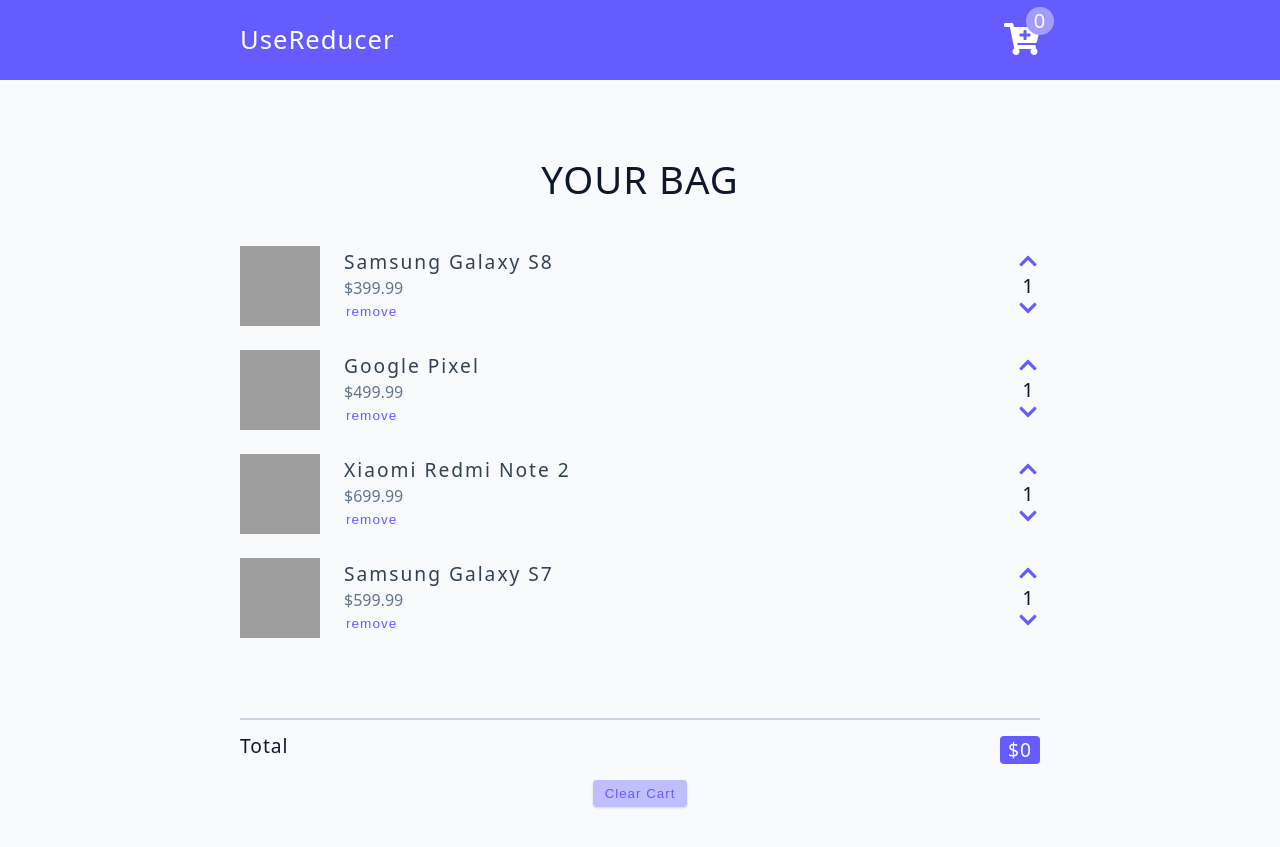
Repository: dydals3440/React-Projects
Page: / (app in 04-fundamental-projects/14-cart/starter/)
These files come from the project's save history. The page is drawn as it stood at one moment and after the next save; the edit follows.
The browser window is 1280 px wide. The pictures show the whole page.
Pictures or frames that could not be fetched are drawn as grey boxes. The project was rebuilt for these pictures with package versions that can differ from the ones it lists, and the page was loaded fresh each time. Also part of the build but not shown: 04-fundamental-projects/14-cart/starter/vite.config.js.

Above is the page before, as saved 2023-09-12 13:28:30.

### 04-fundamental-projects/14-cart/starter/src/main.jsx
import React from 'react';
import ReactDOM from 'react-dom/client';
import App from './App';
import './index.css';
import { AppProvider } from './store/context';
ReactDOM.createRoot(document.getElementById('root')).render(
  <React.StrictMode>
    <AppProvider>
      <App />
    </AppProvider>
  </React.StrictMode>
);

### 04-fundamental-projects/14-cart/starter/src/store/context.jsx
import { useContext, useReducer, useEffect, createContext } from 'react';
import reducer from './reducer';
import cartItems from '../data';
import {
  CLEAR_CART,
  REMOVE,
  INCREASE,
  DECREASE,
  LOADING,
  DISPLAY_ITEMS,
} from './actions';
import { getTotals } from '../utils/utils';

const AppContext = createContext();

// // 1. reducer 파일에 로직 분리
// const reducer = (state, action) => {
//   return state;
// };

// 2.
const initialState = {
  loading: false,
  cart: new Map(cartItems.map((item) => [item.id, item])),
};

export const AppProvider = ({ children }) => {
  // 초기상태 뿐만 아니라, reducer를 사용해서 상태를 변경할 수 있음.
  const [state, dispatch] = useReducer(reducer, initialState);
  // totalAmount 갖고옴
  const { totalAmount, totalCost } = getTotals(state.cart);

  const clearCart = () => {
    dispatch({ type: CLEAR_CART });
  };

  const remove = (id) => {
    dispatch({ type: REMOVE, payload: { id } });
  };

  const increase = (id) => {
    dispatch({ type: INCREASE, payload: { id } });
  };

  const decrease = (id) => {
    dispatch({ type: DECREASE, payload: { id } });
  };

  return (
    <AppContext.Provider
      value={{
        ...state,
        clearCart,
        remove,
        increase,
        decrease,
        totalAmount,
        totalCost,
      }}
    >
      {children}
    </AppContext.Provider>
  );
};

export const useGlobalContext = () => {
  return useContext(AppContext);
};

### 04-fundamental-projects/14-cart/starter/src/Navbar.jsx
import { FaCartPlus } from 'react-icons/fa';
import { useGlobalContext } from './store/context';
const Navbar = () => {
  const { totalAmount } = useGlobalContext();
  return (
    <nav>
      <div className='nav-center'>
        <h4>useReducer</h4>
        <div className='nav-container'>
          <FaCartPlus className='cart-icon' />
          <div className='amount-container'>
            <p className='total-amount'>{totalAmount}</p>
          </div>
        </div>
      </div>
    </nav>
  );
};

export default Navbar;

### 04-fundamental-projects/14-cart/starter/src/CartContainer.jsx
import CartItem from './CartItem';
import cartItems from './data';
import { useGlobalContext } from './store/context';

const CartContainer = () => {
  const { cart, clearCart, totalCost } = useGlobalContext();

  // const cartArray = [...cartItems];
  const cartArray = Array.from(cart.entries());
  if (cartArray.length === 0) {
    return (
      <section className='cart'>
        {/* cart header */}
        <header>
          <h2>your bag</h2>
          <h4 className='empty-cart'>is currently empty</h4>
        </header>
      </section>
    );
  }
  return (
    <section className='cart'>
      {/* cart header */}
      <header>
        <h2>your bag</h2>
      </header>
      {/* cart items */}
      <div>
        {cartArray.map((cartItem) => {
          const [id, item] = cartItem;
          return <CartItem key={id} {...item} />;
        })}
      </div>
      {/* cart footer */}
      <footer>
        <hr />
        <div>
          <h5 className='cart-total'>
            total <span>${totalCost}</span>
          </h5>
        </div>
        <button className='btn btn-hipster' onClick={clearCart}>
          clear cart
        </button>
      </footer>
    </section>
  );
};

export default CartContainer;

### 04-fundamental-projects/14-cart/starter/src/store/reducer.js
import {
  CLEAR_CART,
  REMOVE,
  INCREASE,
  DECREASE,
  LOADING,
  DISPLAY_ITEMS,
} from './actions';

const reducer = (state, action) => {
  if (action.type === CLEAR_CART) {
    return { ...state, cart: new Map() };
  }
  if (action.type === REMOVE) {
    // Mutate 때문에 새 인스턴스를 만듬. 이전 카트를 참조하지 않음 이제
    const newCart = new Map(state.cart);
    newCart.delete(action.payload.id);
    // ...state는 기존값을 복사하고 덮어씀
    return { ...state, cart: newCart };
  }
  if (action.type === INCREASE) {
    // Mutate 방지 새 객체 만듬
    const newCart = new Map(state.cart);
    const itemId = action.payload.id;
    const item = newCart.get(itemId);
    const newItem = { ...item, amount: item.amount + 1 };
    // set은 key와 value만 넣어주면됨.
    newCart.set(itemId, newItem);
    return { ...state, cart: newCart };
  }
  if (action.type === DECREASE) {
    const newCart = new Map(state.cart);
    const itemId = action.payload.id;
    const item = newCart.get(itemId);
    if (item.amount === 1) {
      newCart.delete(itemId);
      return { ...state, cart: newCart };
    }
    const newItem = { ...item, amount: item.amount - 1 };
    newCart.set(itemId, newItem);
    return { ...state, cart: newCart };
  }

  throw new Error(`no matching action type : ${action.type}`);
};

export default reducer;

### 04-fundamental-projects/14-cart/starter/src/data.jsx
const cartItems = [
  {
    id: 'rec1JZlfCIBOPdcT2',
    title: 'Samsung Galaxy S8',
    price: '399.99',
    img: 'https://www.course-api.com/images/cart/phone-1.png',
    amount: 1,
  },
  {
    id: 'recB6qcHPxb62YJ75',
    title: 'google pixel',
    price: '499.99',
    img: 'https://www.course-api.com/images/cart/phone-2.png',
    amount: 1,
  },
  {
    id: 'recdRxBsE14Rr2VuJ',
    title: 'Xiaomi Redmi Note 2',
    price: '699.99',
    img: 'https://www.course-api.com/images/cart/phone-3.png',
    amount: 1,
  },
  {
    id: 'recwTo160XST3PIoW',
    title: 'Samsung Galaxy S7',
    price: '599.99 ',
    img: 'https://www.course-api.com/images/cart/phone-4.png',
    amount: 1,
  },
];

export default cartItems;

### 04-fundamental-projects/14-cart/starter/src/utils/utils.js
// Total Amount 호출
export const getTotals = (cart) => {
  let totalAmount = 0;
  let totalCost = 0;
  console.log(cart);
  for (let item of cart.values()) {
    console.log(item);
  }
  return { totalAmount, totalCost };
};

// cart

{
}

### 04-fundamental-projects/14-cart/starter/src/CartItem.jsx
import { FaChevronUp, FaChevronDown } from 'react-icons/fa';
import { useGlobalContext } from './store/context';
const CartItem = ({ id, img, title, price, amount }) => {
  const { remove, increase, decrease } = useGlobalContext();
  return (
    <article className='cart-item'>
      <img src={img} alt={title} />
      <div>
        <h5>{title}</h5>
        <span className='item-price'>${price}</span>
        {/* remove button */}
        <button className='remove-btn' onClick={() => remove(id)}>
          remove
        </button>
      </div>
      <div>
        {/* increase amount */}
        <button className='amount-btn' onClick={() => increase(id)}>
          <FaChevronUp className='amount-icon' />
        </button>
        {/* amount */}
        <span className='amount'>{amount}</span>
        {/* decrease amount */}
        <button className='amount-btn' onClick={() => decrease(id)}>
          <FaChevronDown className='amount-icon' />
        </button>
      </div>
    </article>
  );
};

export default CartItem;

Loaded but not shown: 04-fundamental-projects/14-cart/starter/index.html (common file); 04-fundamental-projects/14-cart/starter/src/App.jsx (common file); 04-fundamental-projects/14-cart/starter/src/index.css (common file); 04-fundamental-projects/14-cart/starter/src/store/actions.js (common file)

After the next save:
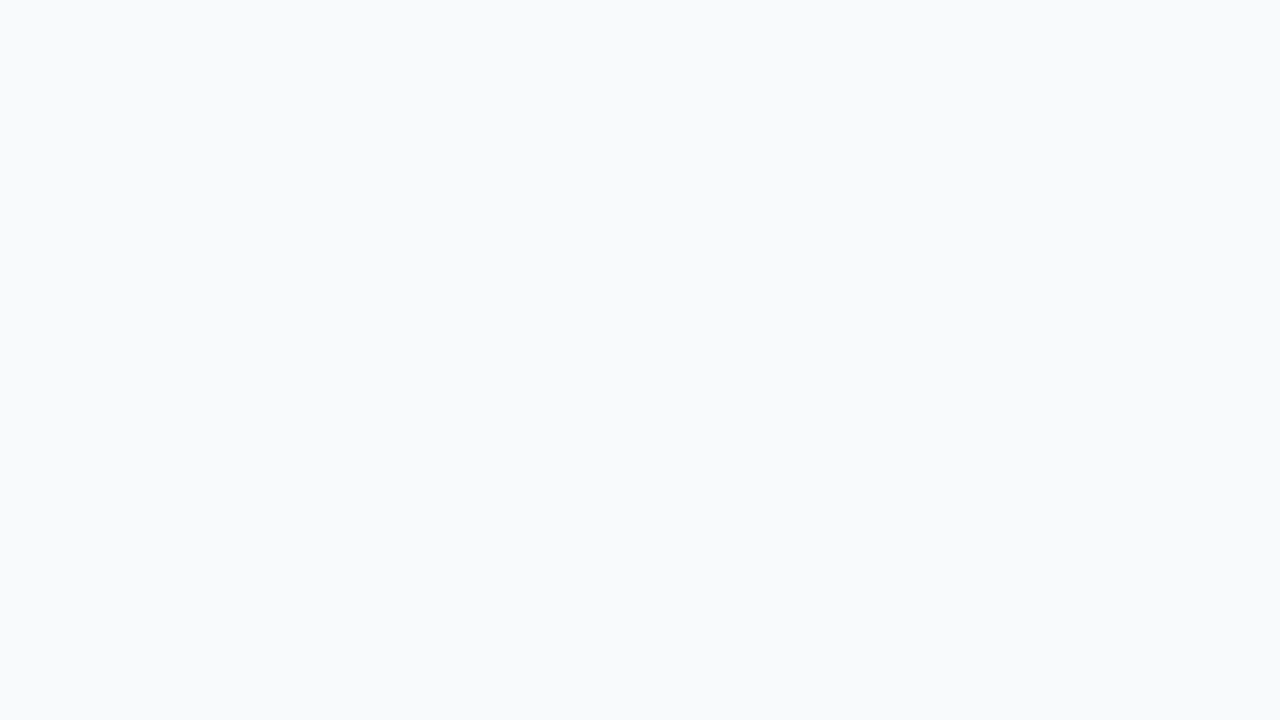
Console error: ReferenceError: item is not defined
Saved 29 s later.
--- a/04-fundamental-projects/14-cart/starter/src/utils/utils.js
+++ b/04-fundamental-projects/14-cart/starter/src/utils/utils.js
@@ -3,7 +3,7 @@
   let totalAmount = 0;
   let totalCost = 0;
   console.log(cart);
-  for (let item of cart.values()) {
+  for (let { amount, price } of cart.values()) {
     console.log(item);
   }
   return { totalAmount, totalCost };

After the save that followed:
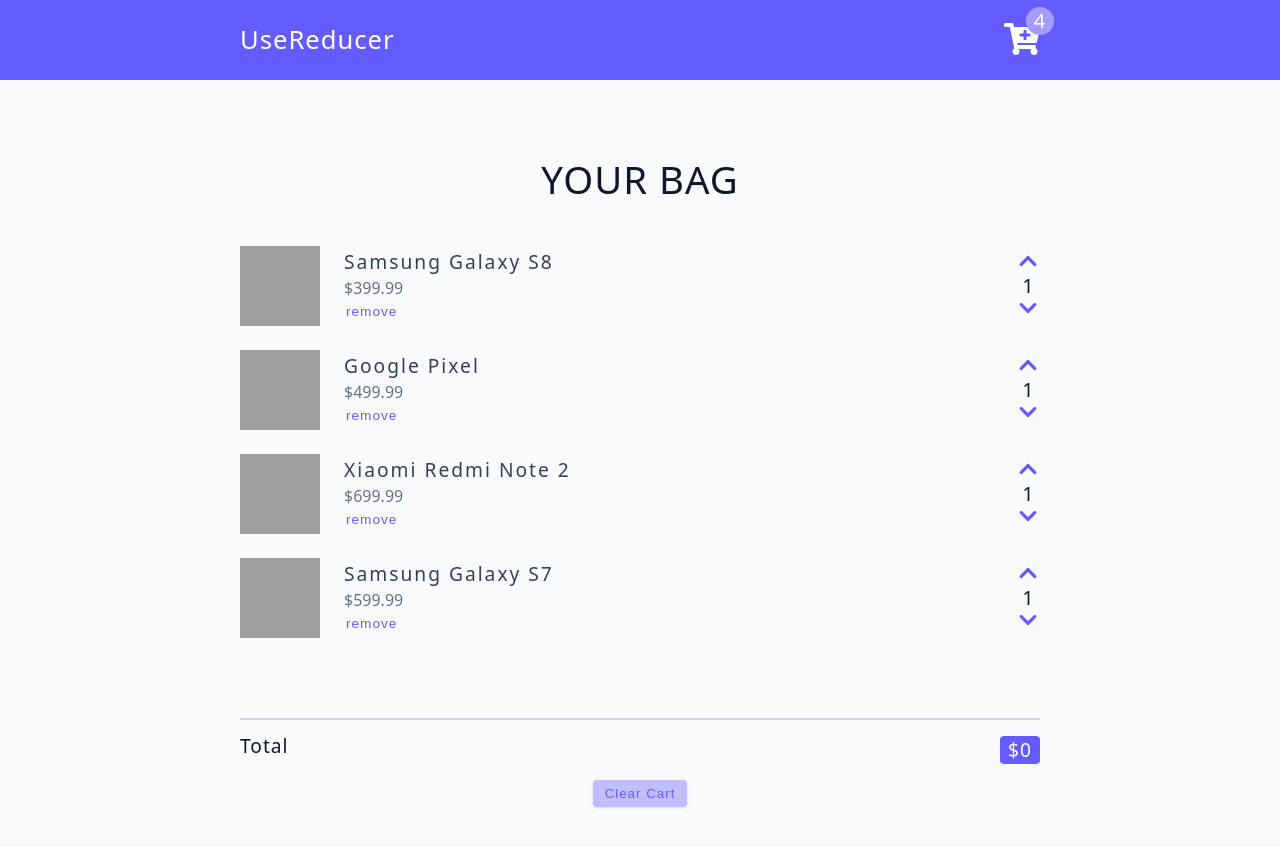
The error is gone.
Saved 8 s later.
--- a/04-fundamental-projects/14-cart/starter/src/utils/utils.js
+++ b/04-fundamental-projects/14-cart/starter/src/utils/utils.js
@@ -4,7 +4,7 @@
   let totalCost = 0;
   console.log(cart);
   for (let { amount, price } of cart.values()) {
-    console.log(item);
+    totalAmount += amount;
   }
   return { totalAmount, totalCost };
 };
